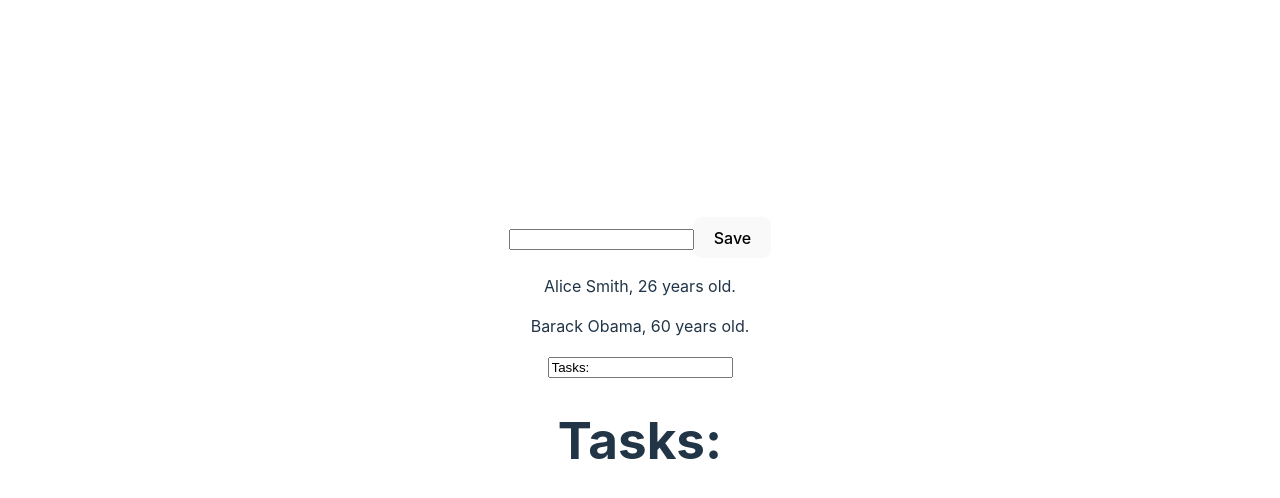
Repository: RonanKhalilOlaes/Olaes_Lab06-07_taskList
Page: /
An editor plug-in stored every save of this project. The page is shown before and after the next save, followed by the edit.
The browser window is 1280 px wide. The pictures show the whole page.
The project was rebuilt for these pictures with package versions that can differ from the ones it lists, and the page was loaded fresh each time. Also part of the build but not shown: vite.config.js.

Above is the page before, as saved 2024-10-22 20:36:40.

After the next save:
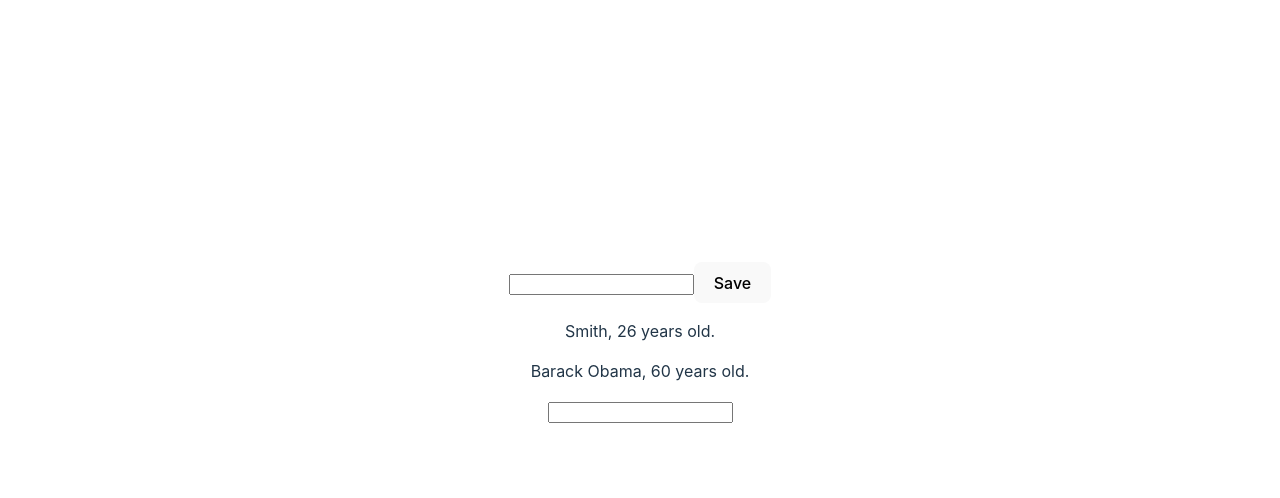
Saved 18 s later.
--- a/src/App.jsx
+++ b/src/App.jsx
@@ -10,7 +10,7 @@ import './App.css';
 
 const initialStudents = [
   {
-    firstname: 'Alice',
+    firstname: '  ',
     lastname: 'Smith',
     age: 26
   },
@@ -23,7 +23,7 @@ const initialStudents = [
 
 function App() {
 
-  const [name, setName] = useState('Tasks:');
+  // const [name, setName] = useState('Tasks:');
 
   const [students, setStudents] = useState(initialStudents);
 
